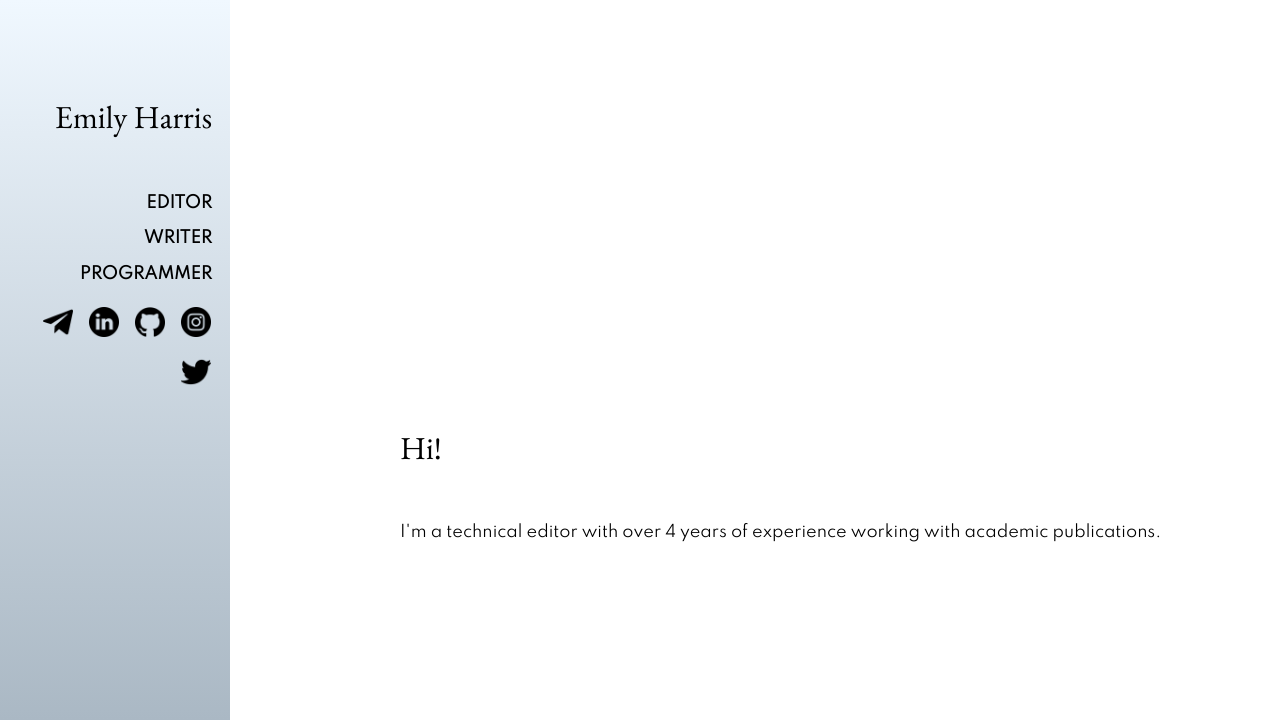
Repository: emnharris/FreeCodeCampChallenges
Page: responsive-web-design/portfolio/portfolio.html
The author's editor kept a copy of each file at every save. The page is drawn from the files as they stood at one save, then again after the next save.
The browser window is 1280 px wide. The pictures show the whole page.
Some web fonts or font styles are not loaded; a fallback is used.

Above is the page before, as saved 2020-04-24 20:44:06.

### responsive-web-design/portfolio/portfolio.html
<!DOCTYPE html>
<html>
    <head>
        <!-- import fonts -->
        <link href="https://fonts.googleapis.com/css?family=Amiri|EB+Garamond|Spartan:100,400&display=swap" rel="stylesheet">

        <!-- import stylesheet -->
        <link rel="stylesheet" type="text/css" href="portfolio.css">

        <!-- mobile text sizing -->
        <meta name="viewport" content="width=device-width, initial-scale=1.0, maximum-scale=1.0, user-scalable=no"/>

        <!--favicon-->
        <link rel="shortcut icon" href="bookshelf.ico" />
    </head>
    <body>
        <title>
            Emily Harris | Portfolio
        </title>
        <header>
            <section id="sidebar">

                <h1 class="title">Emily Harris</h1>

                <h2>Editor</h2>
                <h2>Writer</h2>
                <h2>Programmer</h2>

                <div class="icons">
                    <a id="email" href="mailto:emily.n.harris@gmail.com" target="_blank"><img class="icon" src="telegram.png"></a>
                    <a id="linkedin" href="https://www.linkedin.com/in/emily-harris-4b4b37174/" target="_blank"><img class="icon" src="linkedin.png"></a>
                    <a id="github" href="https://github.com/emnharris" target="_blank"><img class="icon" src="github-logo.png"></a>
                    <a href="" target="_blank"><img class="icon" src="instagram.png"></a>
                    <a href="" target="_blank"><img class="icon" src="twitter.png"></a>
                </div>
            </section>
        </header>
        <main>
            <section id="about">
                <h1>Hi!</h1>
                <p>I'm a technical editor with over 4 years of experience working with academic publications.</p>
            </section>

        </main>
        <footer>

        </footer>
    </body>
</html>

### responsive-web-design/portfolio/portfolio.css
#sidebar {
    height: 100%;
    min-width: 200px;
    width: 18%;
    position: fixed;
    top: 0;
    left: 0;
    background: linear-gradient(180deg, #f0f8ff, #aab8c4);
}
.title {
    text-align: right;
}
h1 {
    font-family: 'EB Garamond', serif;
    text-align: left;
    font-size: 2em;
    font-weight: 200;
    line-height: 3em;
    color: black;
    padding-right: 8%;
    margin-top: 30%;
}
h2 {
    font-family: 'Spartan', sans-serif;
    text-transform: uppercase;
    text-align: right;
    font-size: 1em;
    line-height: 1.4em;
    padding-right: 8%;
}
.profile {
    border-radius: 50%;
    width: 160px;
    padding: 60px 0px;
    display: block;
    margin-left: auto;
    margin-right: auto;
}
.center {
    display: block;
    margin-left: auto;
    margin-right: auto;
    width: 100%;
}
body {
    margin: 0px;
}
main {
    padding-left: 400px;
    margin-top: 400px;
}
.icon {
    width: 30px;
    padding: .5em;
}
.icon:hover {
    opacity: 0.5;
}
.icons {
    display: flex;
    flex-direction: row;
    flex-wrap: wrap;
    justify-content: flex-end;
    padding-right: 5%;
}
p {
    font-family: 'Spartan', sans-serif;
}

After the next save:
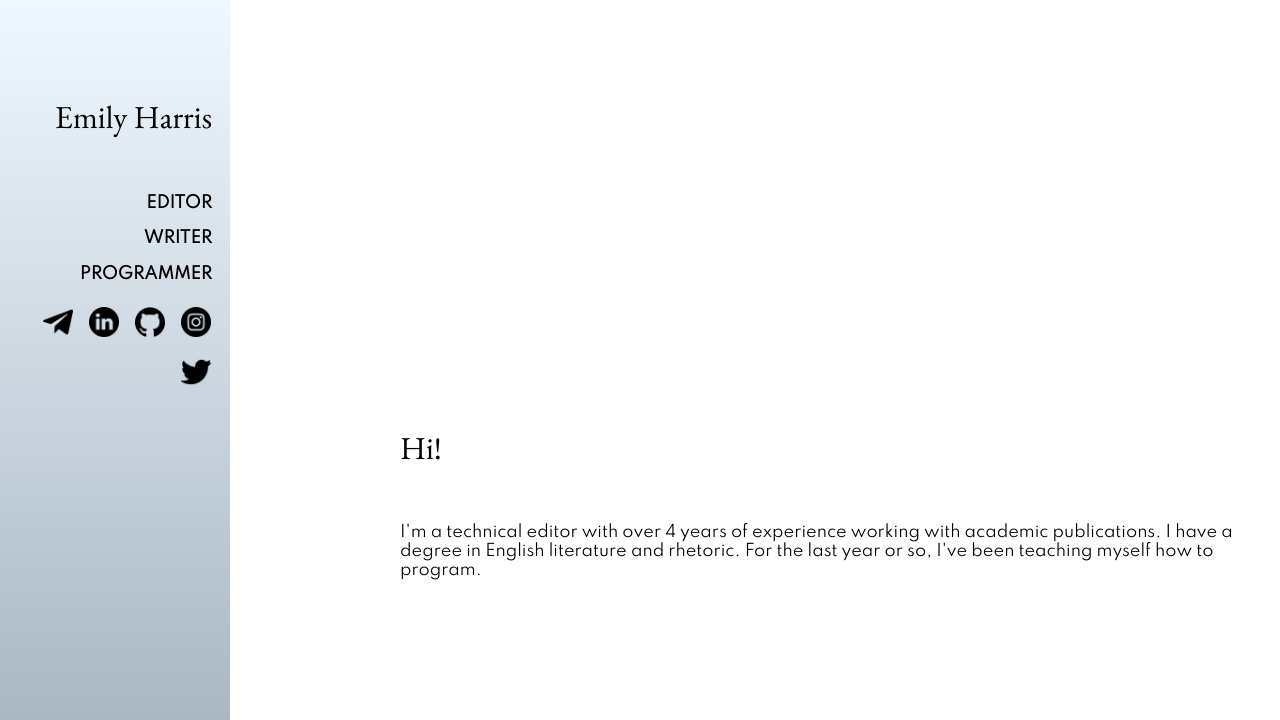
Saved 5 min 8 s later.
--- a/responsive-web-design/portfolio/portfolio.html
+++ b/responsive-web-design/portfolio/portfolio.html
@@ -38,7 +38,7 @@
         <main>
             <section id="about">
                 <h1>Hi!</h1>
-                <p>I'm a technical editor with over 4 years of experience working with academic publications.</p>
+                <p>I'm a technical editor with over 4 years of experience working with academic publications. I have a degree in English literature and rhetoric. For the last year or so, I've been teaching myself how to program.</p>
             </section>
 
         </main>
